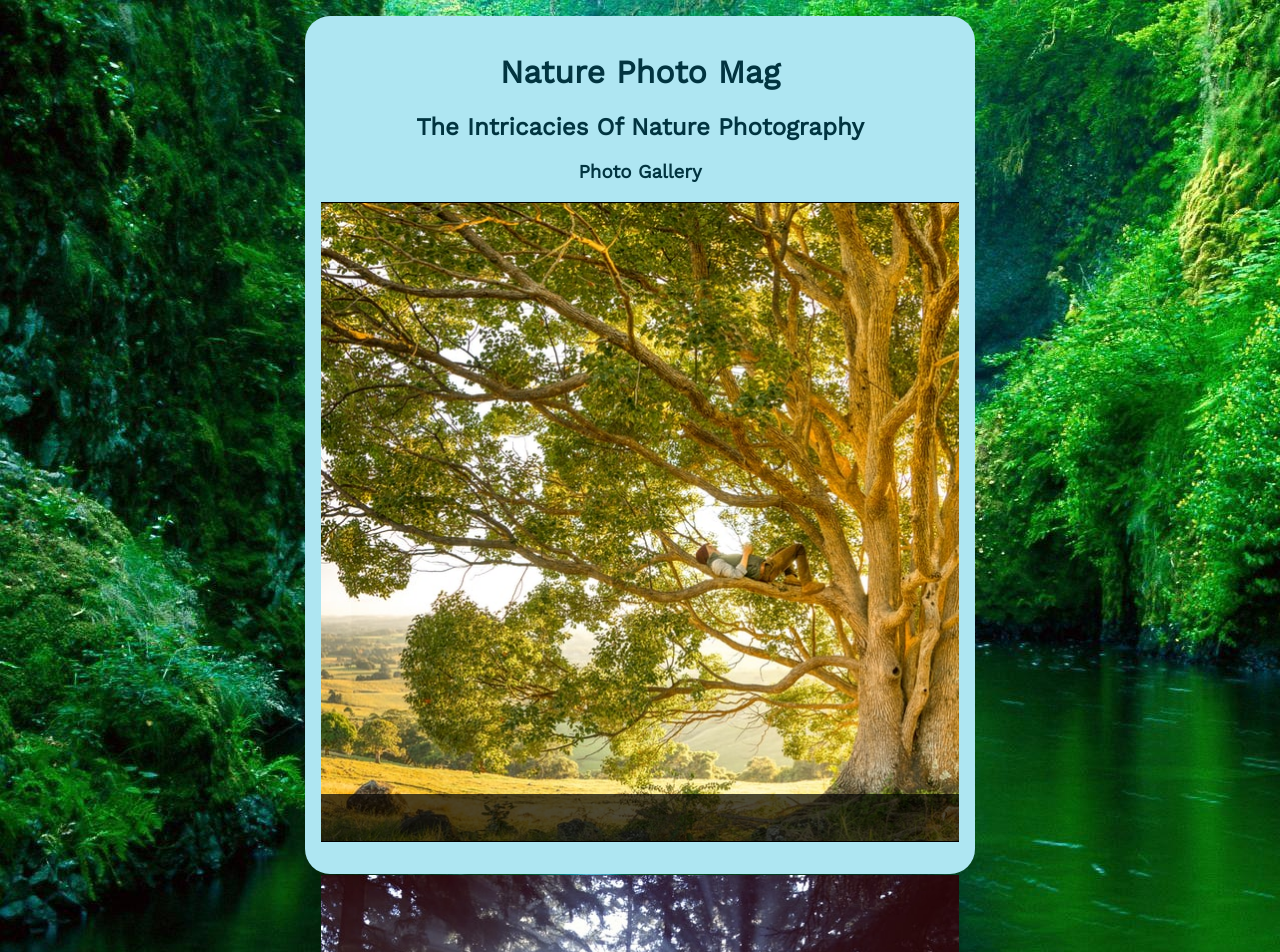
Repository: alexmaddux99/Image-Gallery
Page: index.html
An editor plug-in stored every save of this project. The page is shown before and after the next save, followed by the edit.
The browser window is 1280 px wide. The pictures show the part of the page from y = 0 to 952 px (the page is 6890 px tall before and 6562 px after).
Backgrounds fixed to the window are drawn as part of the page.

Above is the page before, as saved 2022-03-09 10:41:37.

### index.html
<!DOCTYPE html>
<html lang="en">
<head>
  <meta charset="UTF-8">
  <meta http-equiv="X-UA-Compatible" content="IE=edge">
  <meta name="viewport" content="width=device-width, initial-scale=1.0">
  <title>Nature Photo Mag - The Intricacies Of Nature Photography - Photo Gallery</title>
  <link rel="stylesheet" href="css/main.css">
  <script  src="js/main.js" defer></script>

</head>
<body>

<div class="content">
<h1>Nature Photo Mag</h1>
<h2>The Intricacies Of Nature Photography</h2>
<section>
  <h3>Photo Gallery</h3>

  <figure class="frame">

    <img class="slide current" src="images/1.jpg" alt="Man Sleeping In Tree">
    <img class="slide" src="images/2.jpg" alt="Sun Peeking Through Trees">
    <img class="slide" src="images/3.jpg" alt="Couple Looking At Mountain Overlooking Lake">
    <img class="slide" src="images/4.jpg" alt="Northern Lights">
    <img class="slide" src="images/5.jpg" alt="Storm On The Coast">
    <img class="slide" src="images/6.jpg" alt="Mountain Overlooking house">
    <img class="slide" src="images/7.jpg" alt="Aerial Shot of Antartic Landscape">
    <img class="slide" src="images/8.jpg" alt="Close Up Of Crystal">
    <img class="slide" src="images/9.jpg" alt="Aerial Shot Of Remote Landscape">
    <img class="slide" src="images/10.jpg" alt="Aerial Shot Overlooking Ice Berg">




    <figcaption class="caption"></figcaption>
  </figure>

  <div class="controls">
    <a href="#" class="back-btn">Back</a>
    <a href="#" class="next-btn">Next</a>
  </div>

</section>
</div>

</body>
</html>

### css/main.css
@import url('https://fonts.googleapis.com/css2?family=Lora&family=Work+Sans&display=swap');

* {
  box-sizing:border-box;
}



body {
  color: #013440;
  text-align:center;
  background-image: url(../images/background.jpg);
  background-attachment: fixed;
}

h1, h2, h3{

  font-family: 'Work Sans', sans-serif;

}

section {
  min-height: max-content;
  width: 100%;
  margin: auto;
}

.frame {
  background-color: black;
  position:relative;
  max-width:640px;
  width: 100%;
  height:640px;
  margin: 1rem auto;

}

.slide {
  object-fit: contain;
  width: 100%;
  height: 100%;
  display:block;
  margin-bottom: 2rem;
}


.hide {
  opacity: 0;
  transition: opacity .5s ease-out;
}


.current {
  transition: opacity .5s ease-out;
}


.abs-pos {
  position: absolute;
}

.caption {
  font-family: 'Lora', serif;
  position: absolute;
  z-index: 3;
  color: #fff;
  background: rgba(0, 0, 0, .7);
  bottom: 0;
  width: 100%;
  height: 1rem;
  padding: 1rem 1rem 2rem 1rem;
}

.controls {
  font-family: 'Lora', serif;
  display: none;
}

.content{
  margin: 1rem;
    padding: 1rem;
  background-color: #AEE6F2;
  border-radius: 25px;
}

@media only screen and (min-width: 768px) {
  .content{
      margin-left: auto;
      margin-right: auto;
      align-content: center;
      max-width: 670px;
  }
  }

Loaded but not shown: js/main.js (no stored copy; drawn as an empty file)

After the next save:
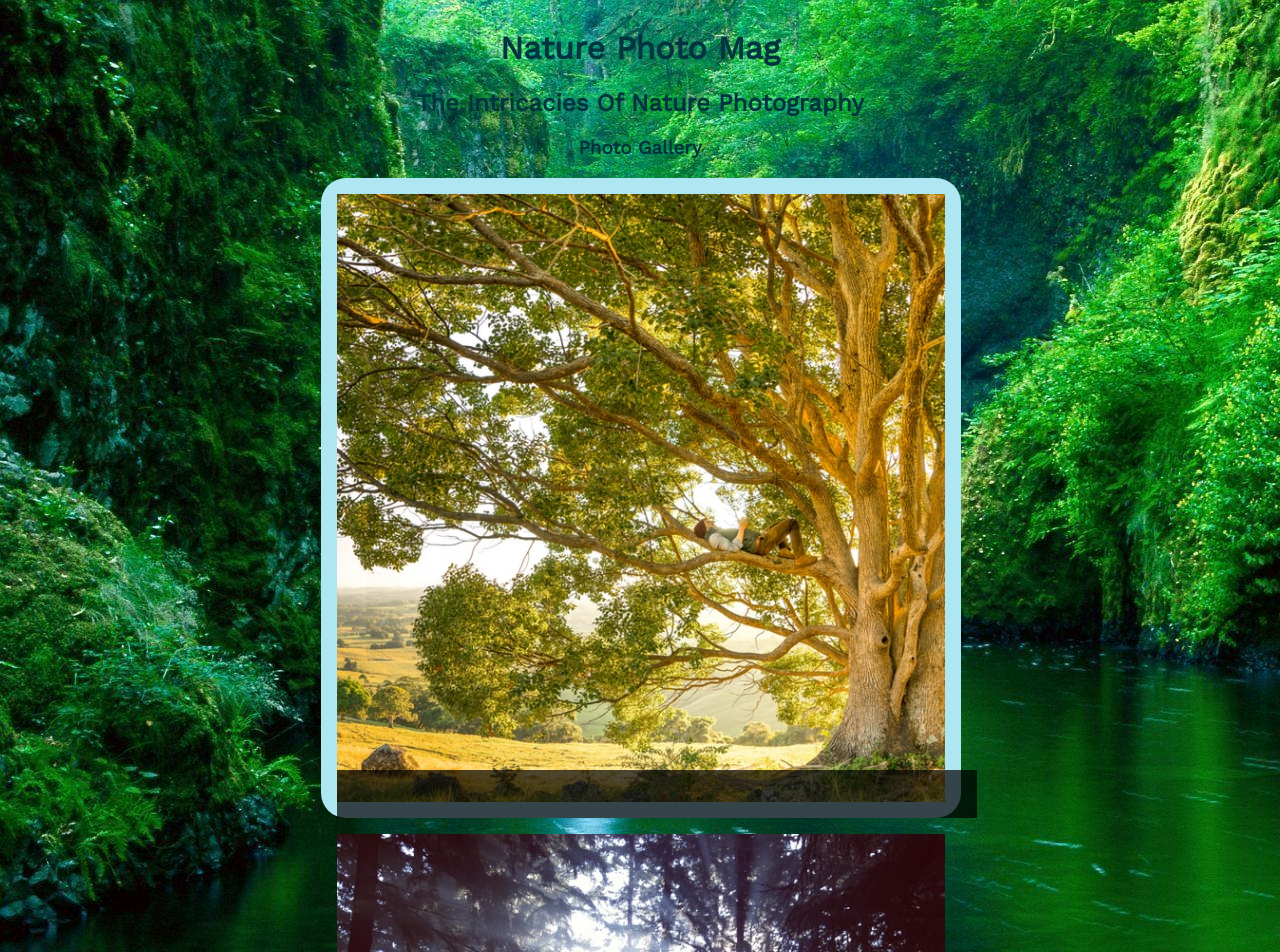
Saved 102 s later.
--- a/css/main.css
+++ b/css/main.css
@@ -76,7 +76,7 @@ section {
   display: none;
 }
 
-.content{
+.frame{
   margin: 1rem;
     padding: 1rem;
   background-color: #AEE6F2;
